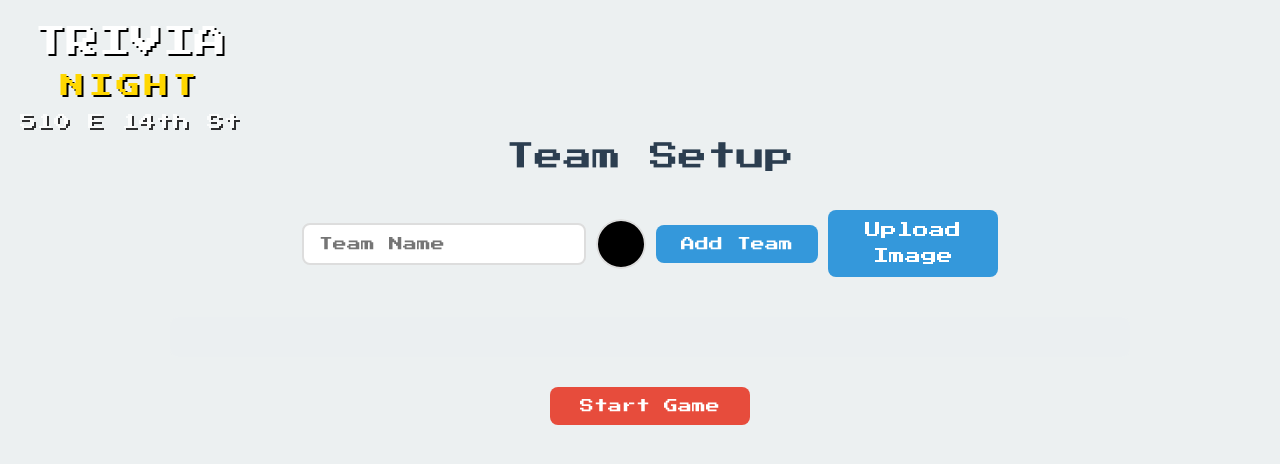
Repository: oscarfco/oscarfco.github.io
Page: projects/trivia_night/index.html
An editor plug-in stored every save of this project. The page is shown before and after the next save, followed by the edit.
The browser window is 1280 px wide. The pictures show the whole page.

Above is the page before, as saved 2025-01-26 01:40:07.

After the next save:
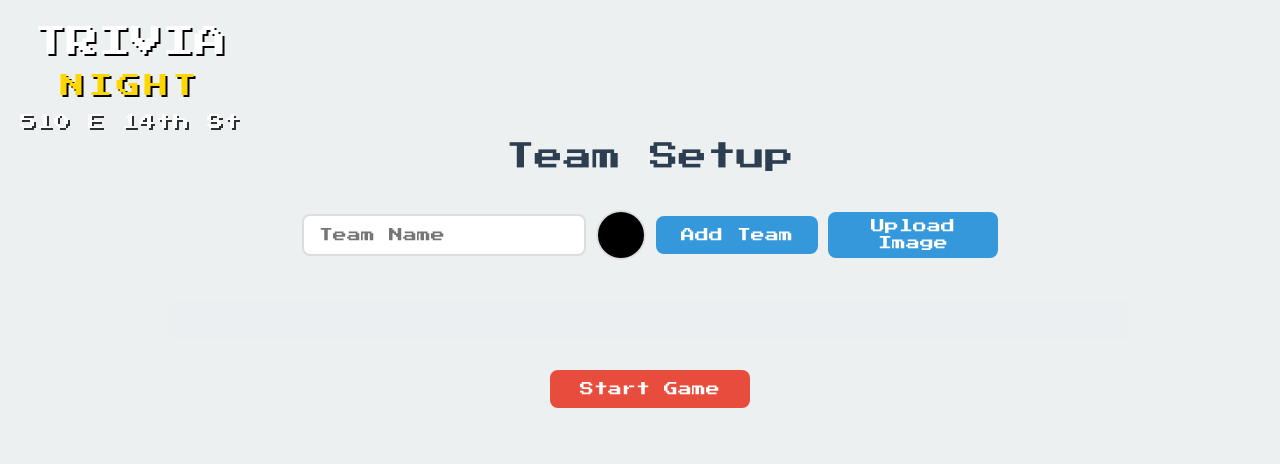
Saved 21 s later.
--- a/projects/trivia_night/index.html
+++ b/projects/trivia_night/index.html
@@ -172,14 +172,15 @@
         .image-upload-label {
             background-color: var(--secondary-color);
             color: white;
-            padding: 8px 25px;
+            padding: 6px 25px;
             border-radius: var(--border-radius);
             cursor: pointer;
-            font-size: 16px;
+            font-size: 14px;
             font-weight: 500;
             transition: all 0.3s ease;
             width: 120px;
             text-align: center;
+            line-height: 1.2;
         }
 
         .image-upload-label:hover {
@@ -695,14 +696,15 @@
         .image-upload-label {
             background-color: var(--secondary-color);
             color: white;
-            padding: 15x 25px;
+            padding: 6px 25px;
             border-radius: var(--border-radius);
             cursor: pointer;
-            font-size: 16px;
+            font-size: 14px;
             font-weight: 500;
             transition: all 0.3s ease;
             width: 120px;
             text-align: center;
+            line-height: 1.2;
         }
 
         .image-upload-label:hover {
@@ -782,14 +784,15 @@
         .image-upload-label {
             background-color: var(--secondary-color);
             color: white;
-            padding: 8px 25px;
+            padding: 6px 25px;
             border-radius: var(--border-radius);
             cursor: pointer;
-            font-size: 16px;
+            font-size: 14px;
             font-weight: 500;
             transition: all 0.3s ease;
             width: 120px;
             text-align: center;
+            line-height: 1.2;
         }
 
         .image-upload-label:hover {
